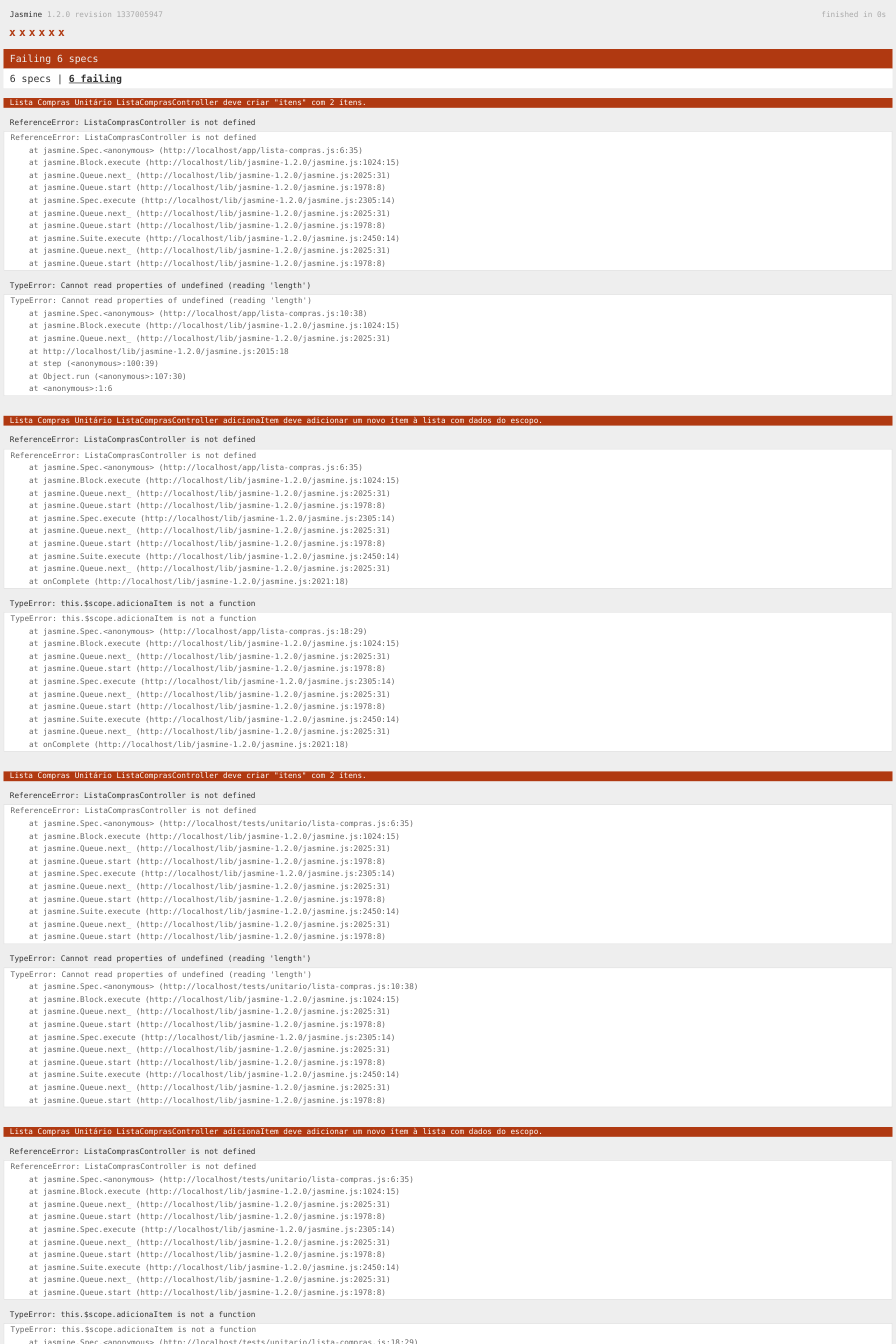
Repository: leoseth/crd
Page: workspace/tests/SpecRunner.html
The author's editor kept a record of every edit. The page is drawn from the files as they stood at one moment, then again after the next edit.
The browser window is 1280 px wide. The pictures show the part of the page from y = 0 to 1920 px (the page is 3134 px tall), at 70% of full size.

Above is the page before.

### workspace/tests/SpecRunner.html
<!DOCTYPE HTML PUBLIC "-//W3C//DTD HTML 4.01 Transitional//EN"
  "http://www.w3.org/TR/html4/loose.dtd">
<html>
<head>
  <title>Jasmine Spec Runner</title>
  <meta charset="utf-8" />
  <link rel="shortcut icon" type="image/png" href="../lib/jasmine-1.2.0/jasmine_favicon.png">
  <link rel="stylesheet" type="text/css" href="../lib/jasmine-1.2.0/jasmine.css">
  <script type="text/javascript" src="../lib/jasmine-1.2.0/jasmine.js"></script>
  <script type="text/javascript" src="../lib/jasmine-1.2.0/jasmine-html.js"></script>
  <script type="text/javascript" src="../app/lista-compras.js"></script>
  <script type="text/javascript" src="unitario/lista-compras.js"></script>
  <script type="text/javascript" src="funcional/lista-compras.js"></script>

  <script type="text/javascript">
    (function() {
      var jasmineEnv = jasmine.getEnv();
      jasmineEnv.updateInterval = 1000;

      var htmlReporter = new jasmine.HtmlReporter();

      jasmineEnv.addReporter(htmlReporter);

      jasmineEnv.specFilter = function(spec) {
        return htmlReporter.specFilter(spec);
      };

      var currentWindowOnload = window.onload;

      window.onload = function() {
        if (currentWindowOnload) {
          currentWindowOnload();
        }
        execJasmine();
      };

      function execJasmine() {
        jasmineEnv.execute();
      }

    })();
  </script>

</head>

<body>
</body>
</html>

### workspace/tests/unitario/lista-compras.js
describe('Lista Compras Unitário', function () {

    describe('ListaComprasController', function () {
        beforeEach(function () {
            this.$scope = {};
            this.controller = new ListaComprasController(this.$scope);
        });

        it('deve criar "itens" com 2 ítens', function () {
            expect(this.$scope.itens.length).toBe(2);
        });

        describe('adicionaItem', function () {
            it('deve adicionar um novo ítem à lista com dados do escopo', function () {
                this.$scope.item = {};
                this.$scope.item.product = 'Carne';
                this.$scope.item.quantity = 5;
                this.$scope.adicionaItem();
                expect(this.$scope.itens.length).toBe(3);
                expect(this.$scope.itens[2].product).toBe('Carne');
                expect(this.$scope.itens[2].quantity).toBe(5);
                expect(this.$scope.itens[2].compare).toBeFalse;
            });
        });

    });

});

Loaded but not shown: workspace/lib/jasmine-1.2.0/jasmine.css (library); workspace/lib/jasmine-1.2.0/jasmine.js (library); workspace/lib/jasmine-1.2.0/jasmine-html.js (library)

After the next edit:
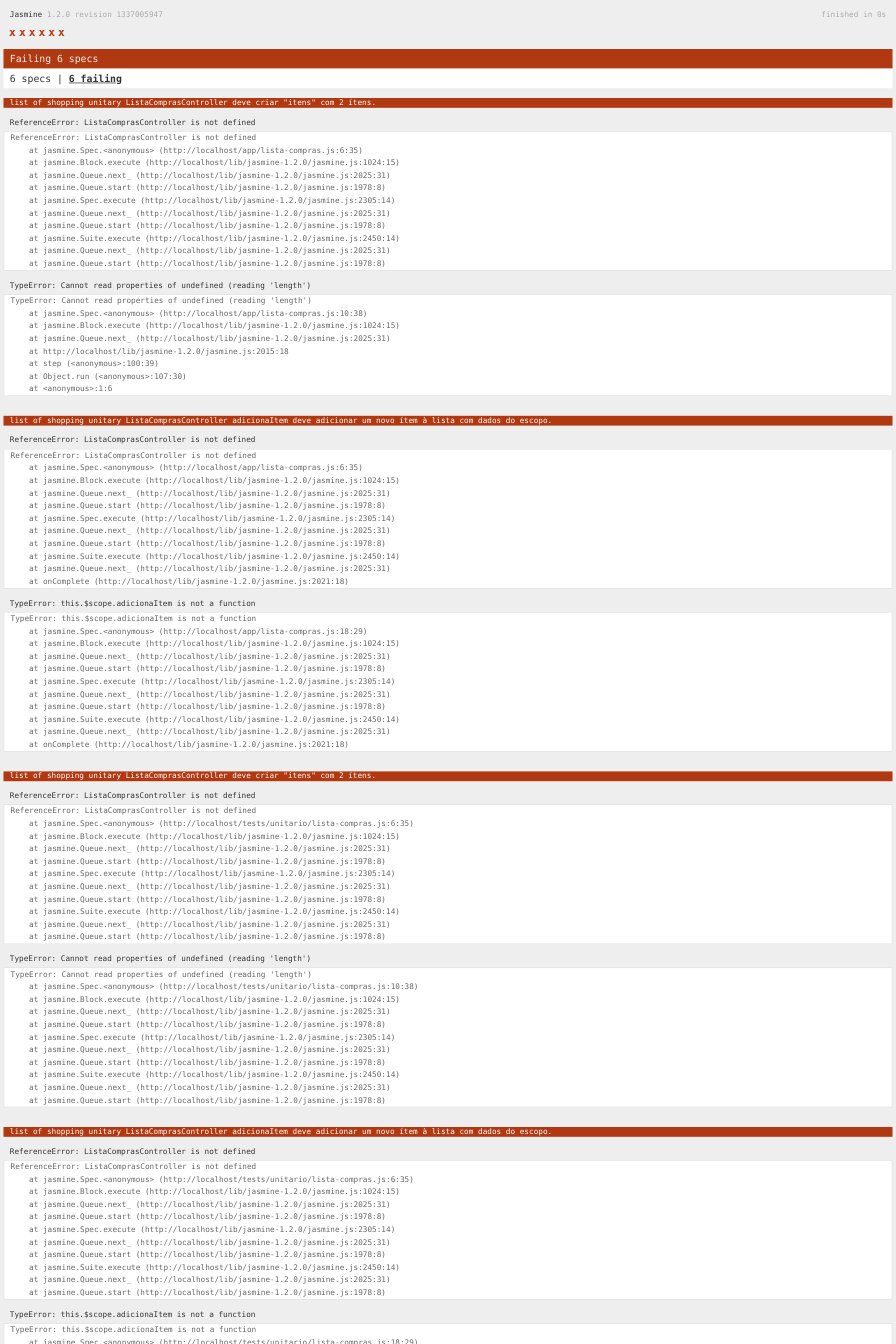
The edit:
--- a/workspace/tests/unitario/lista-compras.js
+++ b/workspace/tests/unitario/lista-compras.js
@@ -1,4 +1,4 @@
-describe('Lista Compras Unitário', function () {
+describe('list of shopping unitary', function () {
 
     describe('ListaComprasController', function () {
         beforeEach(function () {
